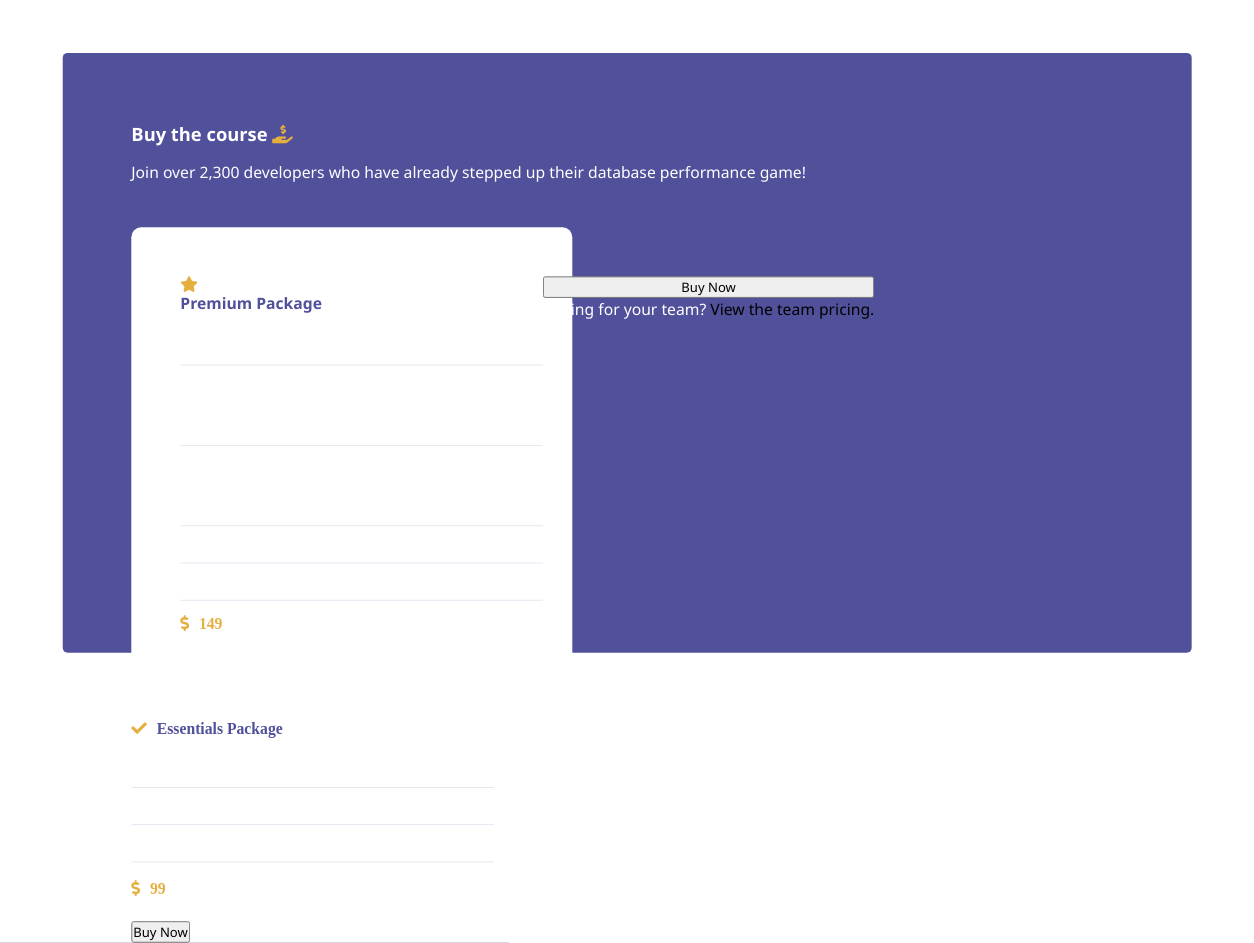
Repository: Z-ayat/Challenges
Page: Challenge 4/index.html
The author's editor kept a copy of each file at every save. The page is drawn from the files as they stood at one save, then again after the next save.
The browser window is 1280 px wide. The pictures show the whole page, at 98% of full size.

Above is the page before, as saved 2021-09-07 01:33:27.

### Challenge 4/index.html
<!DOCTYPE html>

<head>
    <meta charset="UTF-8">
    <title>Course Offer Box</title>
    <link rel="stylesheet" href="styling/css/master.css">
    <link rel="stylesheet" href="styling/css/all.min.css">
    <link rel="preconnect" href="https://fonts.googleapis.com">
    <link rel="preconnect" href="https://fonts.gstatic.com" crossorigin>
    <link href="https://fonts.googleapis.com/css2?family=Cairo:wght@400;600;700;900&display=swap" rel="stylesheet">
</head>

<body>
    <div class="container">
        <div class="layout">
            <div class="head">
                <h3>Buy the course <i class="fas fa-hand-holding-usd" style="color: #FFC83D;"></i></h3>
                <p class="join">Join over 2,300 developers who have already stepped up their database performance game!</p>
            </div>
            <div class="prem-pack">
                <p class="fas fa-star">
                    <p class="headtitle">Premium Package</p>
                </p>
                <p class="specs">Access to a total of 28 lessons</p>
                <p class="specs"><span class="import">Includes 6 additional advanced lessons</span> on natural sorting, full-text searching and geospatial queries</p>
                <p class="specs"><span class="import"> Full source code for all lessons,</span>including MySQL,Poistgres and SQLite versions (where possible)</span>
                </p>
                <p class="specs">Over two full hours of video content</p>
                <p class="specs">Stream online or download videos</p>
                <i class="fas fa-dollar-sign">149</i>
                <p class="usd">USD</p>
                <button>Buy Now</button>
                <p class="buyalign">Buying for your team? <a href="#">View the team pricing.</a></p>
            </div>
            <div class="ess-pack">
                <p class="headtitle fas fa-check">Essentials Package</p>
                <p class="specs"><span class="import">Access to the first 22 lessons</span></p>
                <p class="specs">Just under two hours of video content</p>
                <p class="specs">Stream online or download videos</p>
                <i class="fas fa-dollar-sign">99</i>
                <p class="usd">USD</p>
                <button>Buy Now</button>
            </div>
        </div>
</body>

</html>

### Challenge 4/styling/css/master.css
* {
    box-sizing: border-box;
    padding: 0;
    margin: 0;
    font-family: 'Segoe UI', Tahoma, Geneva, Verdana, sans-serif;
}

*::before {
    display: inline-block;
    color: #E5AF40;
    margin-right: 10px;
}

*::after {
    display: inline-block;
    color: #E5AF40;
}

a,
a:focus {
    text-decoration: none;
    cursor: default;
    color: black;
    font-weight: 500;
}

span {
    font-weight: 500;
    display: inline-block !important;
}

:root {
    --clrbg: #51509B;
    --clrhead: #404B5F;
    --clrprice: #4A5568;
    --clrbodyfont: #FFFFFF;
    --facolor: #E5AF40;
    --packb4bordshdw: #FFEABE;
}

body {
    display: flex;
    justify-content: center;
    align-items: center;
    height: 100vh;
}

.container {
    display: grid;
    width: 90%;
    height: 85%;
    background-color: var(--clrbg);
    border-radius: 5px;
    color: var(--clrbodyfont);
    padding: 70px 70px;
}

.head {
    margin-bottom: 45px;
}

.head h3 {
    margin-bottom: 1rem;
    font-size: 2..5rem;
}

.prem-pack {
    background-color: #FFFFFF;
    height: 500px;
    width: 450px;
    padding: 50px;
    border-radius: 10px;
    display: flex;
    flex-flow: wrap column;
    -webkit-border-radius: 10px;
    -moz-border-radius: 10px;
    -ms-border-radius: 10px;
    -o-border-radius: 10px;
}

.specs {
    width: 35px;
    margin-bottom: 15px;
    overflow-wrap: break-word;
    width: 370px;
    border-bottom: solid 1px #E2E8F0;
}

.headtitle {
    font-weight: 800;
    color: var(--clrbg) !important;
    font-weight: 800;
    margin-bottom: 30px;
}

.fas {
    color: var(--facolor)
}

Loaded but not shown: Challenge 4/styling/css/all.min.css (library)

After the next save:
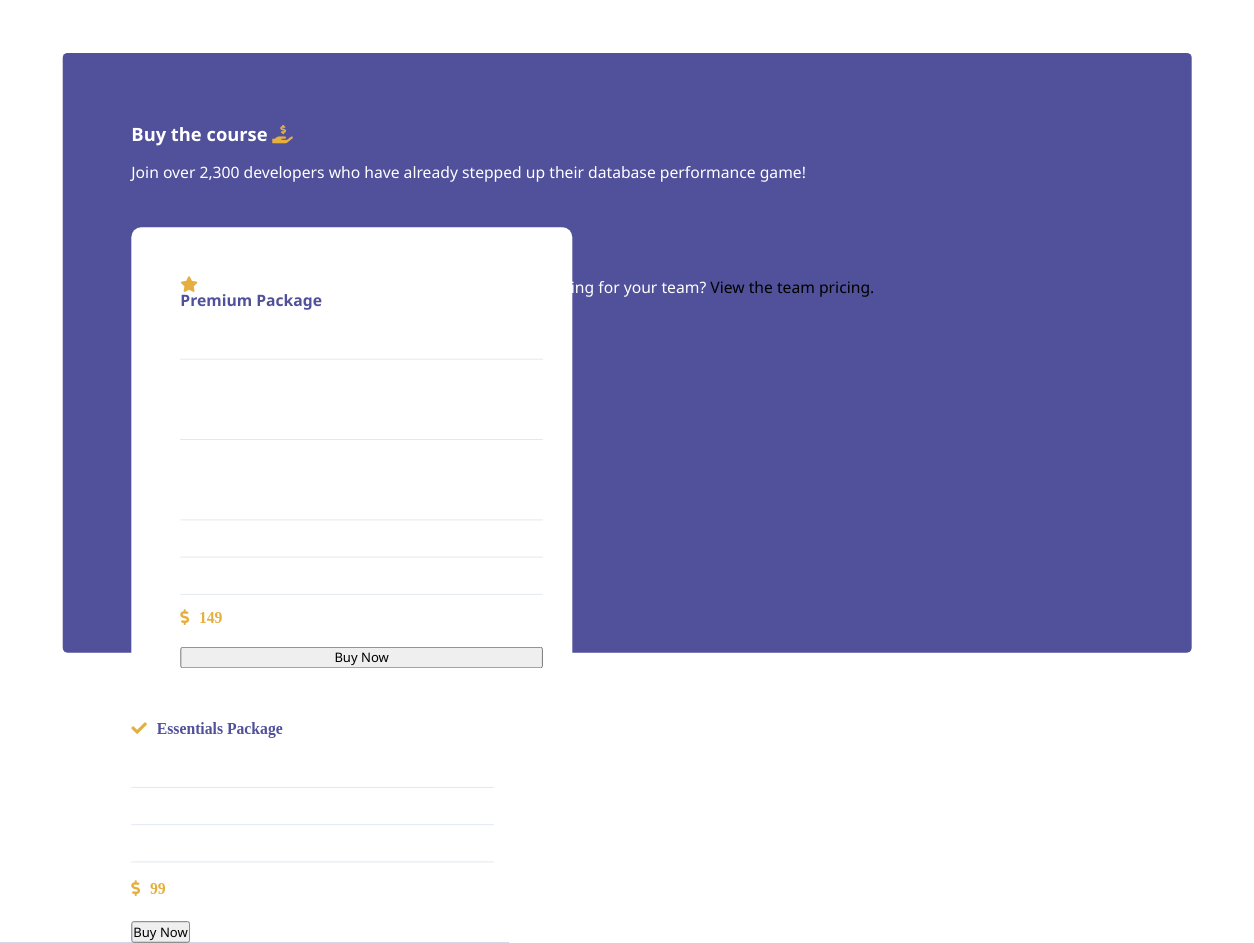
Saved 7 s later.
--- a/Challenge 4/index.html
+++ b/Challenge 4/index.html
@@ -18,9 +18,9 @@
                 <p class="join">Join over 2,300 developers who have already stepped up their database performance game!</p>
             </div>
             <div class="prem-pack">
-                <p class="fas fa-star">
+                <i class="fas fa-star">
                     <p class="headtitle">Premium Package</p>
-                </p>
+                </i>
                 <p class="specs">Access to a total of 28 lessons</p>
                 <p class="specs"><span class="import">Includes 6 additional advanced lessons</span> on natural sorting, full-text searching and geospatial queries</p>
                 <p class="specs"><span class="import"> Full source code for all lessons,</span>including MySQL,Poistgres and SQLite versions (where possible)</span>
